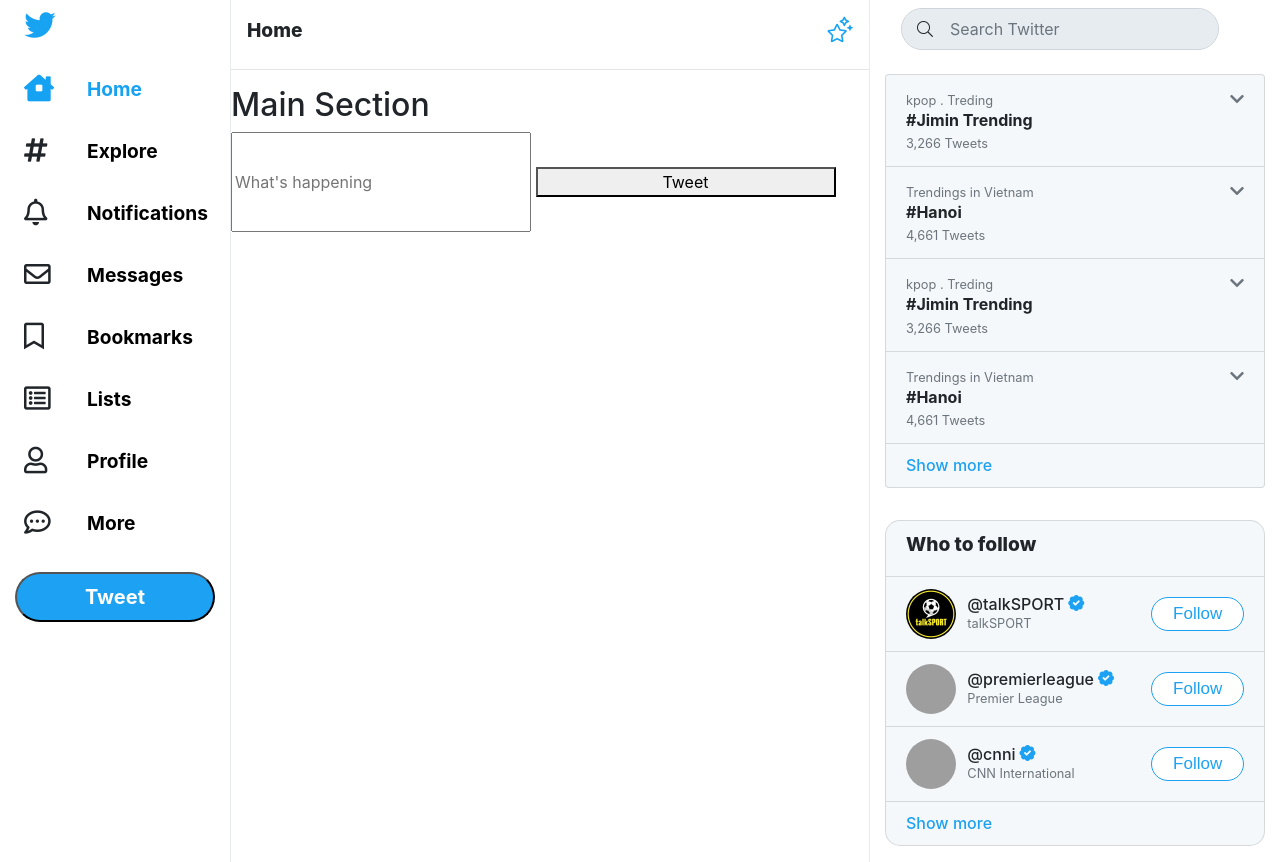
Repository: tts2610/Twitter-clone
Page: index.html
An editor plug-in stored every save of this project. The page is shown before and after a run of saves, followed by the edit.
The browser window is 1280 px wide. The pictures show the whole page.
Pictures or frames that could not be fetched are drawn as grey boxes.

Above is the page before, as saved 2020-05-23 15:42:36.

### index.html
<!DOCTYPE html>
<html lang="en">

<head>
    <meta charset="UTF-8">
    <!-- <meta name="viewport" content="width=device-width, initial-scale=1.0"> -->
    <title>Document</title>
    <link rel="stylesheet" href="css/style.css">
    <!-- Latest compiled and minified CSS -->
    <link rel="stylesheet" href="https://maxcdn.bootstrapcdn.com/bootstrap/4.5.0/css/bootstrap.min.css">

    <!-- jQuery library -->
    <script src="https://ajax.googleapis.com/ajax/libs/jquery/3.5.1/jquery.min.js"></script>

    <!-- Popper JS -->
    <script src="https://cdnjs.cloudflare.com/ajax/libs/popper.js/1.16.0/umd/popper.min.js"></script>

    <!-- Latest compiled JavaScript -->
    <script src="https://maxcdn.bootstrapcdn.com/bootstrap/4.5.0/js/bootstrap.min.js"></script>

    <!-- <link rel="stylesheet" crossorigin="anonymous" href="https://use.fontawesome.com/releases/v5.6.3/css/all.css" integrity="sha384-UHRtZLI+pbxtHCWp1t77Bi1L4ZtiqrqD80Kn4Z8NTSRyMA2Fd33n5dQ8lWUE00s/" /> -->
    <link rel="stylesheet" href="css/all.css">

</head>


<body>
    <div class="container" style="width: 100%;">
        <div class="row">
            <div class="col-3">
                <div class="row">
                    <div class="col"><img src="/img/twt-logo1.png" alt="twitter-logo" width="50" height="50"></div>
                </div>
                <div class="row my-3">
                    <div id="outerMenuContainer" style="color: #16a2f2;">
                        <div class="col-2 mr-4 py-2 px-4" style="font-size: 20px;"><i class="fas fa-house fa-lg"></i></div>
                        <div class="col-10 py-2" style="margin-right: 0px;padding-right: 0px;font-weight: 700;font-size: larger;"> <a href="#Home" style="color: #16a2f2;">Home</a></div>
                    </div>

                </div>
                <div class="row my-3">
                    <div id="outerMenuContainer">
                        <div class="col-2 mr-4 py-2 px-4" style="font-size: 20px;"><i class="fas fa-hashtag fa-lg"></i></div>
                        <div class="col-10" style="margin-right: 0px;padding-right: 0px;font-weight: 700;font-size: larger;"><a href="#services">Explore</a></div>

                    </div>
                </div>
                <div class="row my-3">
                    <div id="outerMenuContainer">
                        <div class="col-2 mr-4 py-2 px-4" style="font-size: 20px;"><i class="far fa-bell fa-lg"></i></div>
                        <div class="col-10" style="margin-right: 0px;padding-right: 0px;font-weight: 700;font-size: larger;"><a href="#clients">Notifications</a></div>

                    </div>
                </div>
                <div class="row my-3">
                    <div id="outerMenuContainer">
                        <div class="col-2 mr-4 py-2 px-4" style="font-size: 20px;"><i class="far fa-envelope fa-lg"></i></div>
                        <div class="col-10" style="margin-right: 0px;padding-right: 0px;font-weight: 700;font-size: larger;"><a href="#contact">Messages</a></div>
                    </div>
                </div>
                <div class="row my-3">
                    <div id="outerMenuContainer">
                        <div class="col-2 mr-4 py-2 px-4" style="font-size: 20px;"><i class="far fa-bookmark fa-lg"></i></div>
                        <div class="col-10" style="margin-right: 0px;padding-right: 0px;font-weight: 700;font-size: larger;"><a href="#clients">Bookmarks</a></div>
                    </div>
                </div>
                <div class="row my-3">
                    <div id="outerMenuContainer">
                        <div class="col-2 mr-4 py-2 px-4" style="font-size: 20px;"><i class="far fa-list-alt fa-lg"></i></div>
                        <div class="col-10" style="margin-right: 0px;padding-right: 0px;font-weight: 700;font-size: larger;"><a href="#contact">Lists</a></div>
                    </div>
                </div>
                <div class="row my-3">
                    <div id="outerMenuContainer">
                        <div class="col-2 mr-4 py-2 px-4" style="font-size: 20px;"><i class="far fa-user fa-lg"></i></div>
                        <div class="col-10" style="margin-right: 0px;padding-right: 0px;font-weight: 700;font-size: larger;"><a href="#clients">Profile</a></div>
                    </div>
                </div>
                <div class="row my-3">
                    <div id="outerMenuContainer">
                        <div class="col-2 mr-4 py-2 px-4" style="font-size: 20px;"><i class="far fa-comment-dots fa-lg"></i></div>
                        <div class="col-10" style="margin-right: 0px;padding-right: 0px;font-weight: 700;font-size: larger;"><a href="#contact">More</a></div>
                    </div>
                </div>
                <div class="row my-3">
                    <div class="col"><button class="tweetbtn" href="#">Tweet</button></div>
                </div>
            </div>

            <div class="col-6" style="border-right: #e6ecf0 solid 1px; border-left: #e6ecf0 solid 1px; padding-left: 0px; padding-right: 0px;">
                <nav class="navbar sticky-top navbar-light my-2" id="leftNav">
                    <span>Home</span>
                    <span style="color: #16a2f2;"><i class="fal fa-stars fa-lg"></i></span>
                </nav>
                <hr/>
                <div>
                    <h2>Main Section</h2>
                    <input type="text" id="tweetArea" placeholder="What's happening">
                    <button id="tweetBtn" onclick="post()">Tweet</button>
                    <span id="remain"></span>
                    <div id="content" class="mt-5">
                    </div>



                </div>
            </div>

            <div class="col-3">
                <nav class="navbar sticky-top navbar-light" id="rightNav">
                    <span style="position: absolute;z-index: 100;"><i class="fal fa-search ml-3"></i></span>
                    <div><input class="form-control mr-sm-2 pl-5" type="search" placeholder="Search Twitter" aria-label="Search" id="search"></div>
                </nav>
                <div id="trendings" class="py-3">
                    <ul class="list-group mb-3">
                        <!-- <li class="list-group-item d-flex justify-content-between lh-condensed header" style="border-radius: 15px 15px 0px 0px;" id="trendingHeader">
                            <div>
                                <div class="trends-header">Trends for you</div>
                            </div>
                            <span class="text-muted"><i class="fal fa-cog" style="COLOR: rgba(29,161,242,1.00); font-size: larger;"></i></span>
                        </li> -->
                        <li class="list-group-item d-flex justify-content-between lh-condensed content" id="trending1">
                            <div>
                                <small class="text-muted">Trendings in Vietnam</small>
                                <h6 class="my-0 hashtag">#Hanoi</h6>
                                <small class="text-muted">4,661 Tweets</small>
                            </div>
                            <span class="text-muted"><i class="fas fa-chevron-down"></i></span>
                        </li>
                        <li class="list-group-item d-flex justify-content-between lh-condensed content" id="trending2">
                            <div>
                                <small class="text-muted">kpop . Treding</small>
                                <h6 class="my-0 hashtag">#Jimin Trending</h6>
                                <small class="text-muted">3,266 Tweets</small>
                            </div>
                            <span class="text-muted"><i class="fas fa-chevron-down"></i></span>
                        </li>
                        <li class="list-group-item d-flex justify-content-between lh-condensed content" id="trending3">
                            <div>
                                <small class="text-muted">Trendings in Vietnam</small>
                                <h6 class="my-0 hashtag">#Hanoi</h6>
                                <small class="text-muted">4,661 Tweets</small>
                            </div>
                            <span class="text-muted"><i class="fas fa-chevron-down"></i></span>
                        </li>
                        <li class="list-group-item d-flex justify-content-between lh-condensed content" id="trending4">
                            <div>
                                <small class="text-muted">kpop . Treding</small>
                                <h6 class="my-0 hashtag">#Jimin Trending</h6>
                                <small class="text-muted">3,266 Tweets</small>
                            </div>
                            <span class="text-muted"><i class="fas fa-chevron-down"></i></span>
                        </li>
                        <li class="list-group-item d-flex justify-content-between lh-condensed content" style="border-radius: 0px 0px 15px 15px">
                            <div>
                                <h6 class="my-0"><a href="#" style="COLOR: rgba(29,161,242,1.00); text-decoration: none;">Show more</a></h6>
                            </div>
                        </li>
                    </ul>
                </div>

                <div id="whoToFollow" class="">
                    <ul class="list-group mb-3">
                        <li class="list-group-item d-flex justify-content-between lh-condensed" style="border-radius: 15px 15px 0px 0px;">
                            <div>
                                <h5 class="whoToFollow-header">Who to follow</h5>
                            </div>
                        </li>
                        <li class="list-group-item content">
                            <div class="row">
                                <div class="col-2">
                                    <img src="img/profileImages/talkSport.jpg" id="moreToFollowImg" alt="Avatar">
                                </div>
                                <div class="col-6">
                                    <div style="display: flex;">
                                        <h6 class="my-0 hashtag">@talkSPORT</h6>
                                        <i class="ml-1 fas fa-badge-check"></i>
                                    </div>

                                    <small class="text-muted">talkSPORT</small>

                                </div>
                                <div class="col-4">
                                    <a href="#" class="followBtn">Follow</a>
                                </div>
                            </div>
                        </li>
                        <li class="list-group-item content">
                            <div class="row">
                                <div class="col-2">
                                    <img src="https://d3pc1xvrcw35tl.cloudfront.net/ln/feedImages/643x481/bwpUoL-J_400x400_ckOpi7f_4RVQqqi_ZPjpFJN_cnPYP1e_202004.jpg" id="moreToFollowImg" alt="Avatar">
                                </div>
                                <div class="col-6">
                                    <div style="display: flex;">
                                        <h6 class="my-0 hashtag">@premierleague</h6>
                                        <i class="ml-1 fas fa-badge-check"></i>
                                    </div>

                                    <small class="text-muted">Premier League</small>

                                </div>
                                <div class="col-4">
                                    <a href="#" class="followBtn">Follow</a>
                                </div>
                            </div>
                        </li>
                        <li class="list-group-item content">
                            <div class="row">
                                <div class="col-2">
                                    <img src="https://upload.wikimedia.org/wikipedia/commons/thumb/6/66/CNN_International_logo.svg/1200px-CNN_International_logo.svg.png" id="moreToFollowImg" alt="Avatar">
                                </div>
                                <div class="col-6">
                                    <div style="display: flex;">
                                        <h6 class="my-0 hashtag">@cnni</h6>
                                        <i class="ml-1 fas fa-badge-check"></i>
                                    </div>

                                    <small class="text-muted">CNN International</small>

                                </div>
                                <div class="col-4">
                                    <a href="#" class="followBtn">Follow</a>
                                </div>
                            </div>
                        </li>
                        <li class="list-group-item d-flex justify-content-between lh-condensed content" style="border-radius: 0px 0px 15px 15px">
                            <div>
                                <h6 class="my-0"><a href="#" style="COLOR: rgba(29,161,242,1.00); text-decoration: none;">Show more</a></h6>
                            </div>
                        </li>
                    </ul>
                </div>
            </div>
        </div>

        <!-- <nav class="navbar sticky-top navbar-expand-lg navbar-light bg-light">
                <a class="navbar-brand" href="#">Navbar</a>
                <button class="navbar-toggler" type="button" data-toggle="collapse" data-target="#navbarSupportedContent" aria-controls="navbarSupportedContent" aria-expanded="false" aria-label="Toggle navigation">
                  <span class="navbar-toggler-icon"></span>
                </button>

                <div class="collapse navbar-collapse" id="navbarSupportedContent">
                    <ul class="navbar-nav mr-auto">
                    </ul>
                    <form class="form-inline my-2 my-lg-0">
                        <input class="form-control mr-sm-2" type="search" placeholder="Search" aria-label="Search">
                        <button class="btn btn-outline-success my-2 my-sm-0" type="submit">Search</button>
                    </form>
                </div>
            </nav> -->
        <!-- <div class="column2">

        </div>

        <div class="column3">

        </div> -->


        <!-- END COL-3 -->
    </div>

    <script src="js/script.js"></script>
    <script src="js/moment.js"></script>
</body>

</html>

### css/style.css
* {
    box-sizing: border-box;
}

body {
    font-family: “Helvetica Neue”, Helvetica, Arial, sans-serif;
}


/* body .container {
    max-width: 80%;
    padding-left: 0px;
    padding-right: 0px;
} */


/* .container {
    width: 60%;
} */

@media (min-width: 1000px) {
    body .container {
        max-width: 100%;
    }
}

@media (min-width: 1200px) {
    body .container {
        max-width: 100%;
    }
}


/* extra large devices */

@media screen and (min-width: 1800px) {
    body .container {
        max-width: 70%;
    }
}

.container .row .col-3 {
    max-width: 230px;
}

#leftNav {
    display: flex;
    justify-content: space-between;
    font-size: larger;
    font-weight: 800;
    background-color: white;
}

#rightNav {
    width: 100%;
    background-color: white;
}

#rightNav .input-group-prepend {
    background-color: white !important;
    color: white !important;
}

#search {
    border-radius: 30px;
    height: 10px;
    padding: 20px;
    position: relative;
    width: 318px;
    background-color: #e6ecf0;
}

.sidenav {
    height: 100%;
    position: fixed;
    z-index: 1;
    top: 0;
    left: 0;
    background-color: rgb(255, 255, 255);
    overflow-x: hidden;
    padding-top: 20px;
    border-right: 1px solid lightgrey;
}

.sidenav a {
    text-decoration: none;
    font-size: 25px;
    color: #000000;
    display: block;
    font-family: system-ui, -apple-system, BlinkMacSystemFont, "Segoe UI", Roboto, Ubuntu, "Helvetica Neue", sans-serif;
    ;
    margin: 5px;
    margin-bottom: 10px;
}

.sidenav a:hover {
    color: #16afdd;
}

.main {
    margin-left: 160px;
    /* Same as the width of the sidenav /
    font-size: 28px; / Increased text to enable scrolling */
    padding: 0px 10px;
}

@media screen and (max-height: 450px) {
    .sidenav {
        padding-top: 15px;
    }
    .sidenav a {
        font-size: 18px;
    }
}

.tweetbtn {
    height: 50px;
    width: 200px;
    border-radius: 40px;
    background-color: rgb(29, 161, 242);
    color: white;
    font-weight: bolder;
    font-size: 20px;
    cursor: pointer;
    margin-left: 0px;
    margin-top: 10px;
}

.tweetbtn:hover {
    background-color: rgba(26, 145, 218);
}

.home {
    display: flex;
}

.explore {
    display: flex;
}

.notifications {
    display: flex;
}

.messages {
    display: flex;
}

.bookmarks {
    display: flex;
}

.lists {
    display: flex;
}

.profile {
    display: flex;
}

.more {
    display: flex;
}


/* Clear floats after the columns */

.row:after {
    content: "";
    display: table;
    clear: both;
}

tr {
    text-align: center;
}

#tweetArea {
    width: 300px;
    height: 100px
}

#tweetBtn {
    margin-top: 10px;
    width: 300px;
}

#trendings {
    min-width: 380px;
}

#trendings .list-group-item {
    background-color: #f5f8fa;
}

#trendings .content {
    cursor: pointer;
}

#trendings .trends-header {
    font-weight: 800;
    font-size: larger;
}

#trendings .content:hover {
    filter: brightness(97%)
}

#trendings ul li .hashtag {
    font-weight: 700;
}

#moreToFollowImg {
    border-radius: 50%;
    width: 50px;
    height: 50px;
}

.fa-badge-check {
    color: rgba(29, 161, 242, 1.00);
}

.followBtn {
    -webkit-border-radius: 20px;
    -moz-border-radius: 20px;
    border-radius: 25px;
    color: #1DA1F2;
    font-family: Arial;
    font-size: 17px;
    font-weight: 200;
    padding: 3px;
    background-color: #FFFFFF;
    border: solid #1DA1F2 1px;
    text-decoration: none;
    /* display: inline-block; */
    cursor: pointer;
    text-align: center;
}

.followBtn:hover {
    color: #1DA1F2;
    background: #CFE7F6;
    border-radius: 25px;
    text-decoration: none;
    opacity: 0.7;
}

#whoToFollow {
    min-width: 380px;
}

#whoToFollow .list-group-item {
    background-color: #f5f8fa;
}

#whoToFollow .content {
    cursor: pointer;
}

#whoToFollow .content:hover {
    filter: brightness(97%)
}

#whoToFollow .row .col-6 {
    display: flex;
    flex-direction: column;
    justify-content: center;
}

#whoToFollow .row .col-6 .hashtag {
    text-overflow: ellipsis;
    white-space: nowrap;
    overflow: hidden;
}

#whoToFollow .row .col-4 {
    display: flex;
    flex-direction: column;
    justify-content: center;
}

#whoToFollow .whoToFollow-header {
    font-weight: 800;
    font-size: larger;
}

h6 {
    font-weight: 700;
}

#content .functionBar {
    display: flex;
    justify-content: space-between;
}

#content .row {
    padding: 30px;
    border: 1px solid lightgrey;
}

#content .row div {
    margin-top: 4px;
}

#outerMenuContainer {
    display: flex;
    flex-direction: row;
    align-items: center;
    width: max-content;
}

#outerMenuContainer:hover {
    color: #1DA1F2 !important;
    background: #CFE7F6;
    border-radius: 25px;
    text-decoration: none;
    opacity: 0.7;
    /* padding: 5px 0px 5px 3px;
    width: max-content; */
}

#outerMenuContainer:hover a {
    color: #1DA1F2 !important;
}

#outerMenuContainer a {
    text-decoration: none;
    color: black;
}

Loaded but not shown: css/all.css (library); js/moment.js (library); js/script.js (178 lines, source omitted)

After the next 2 saves:
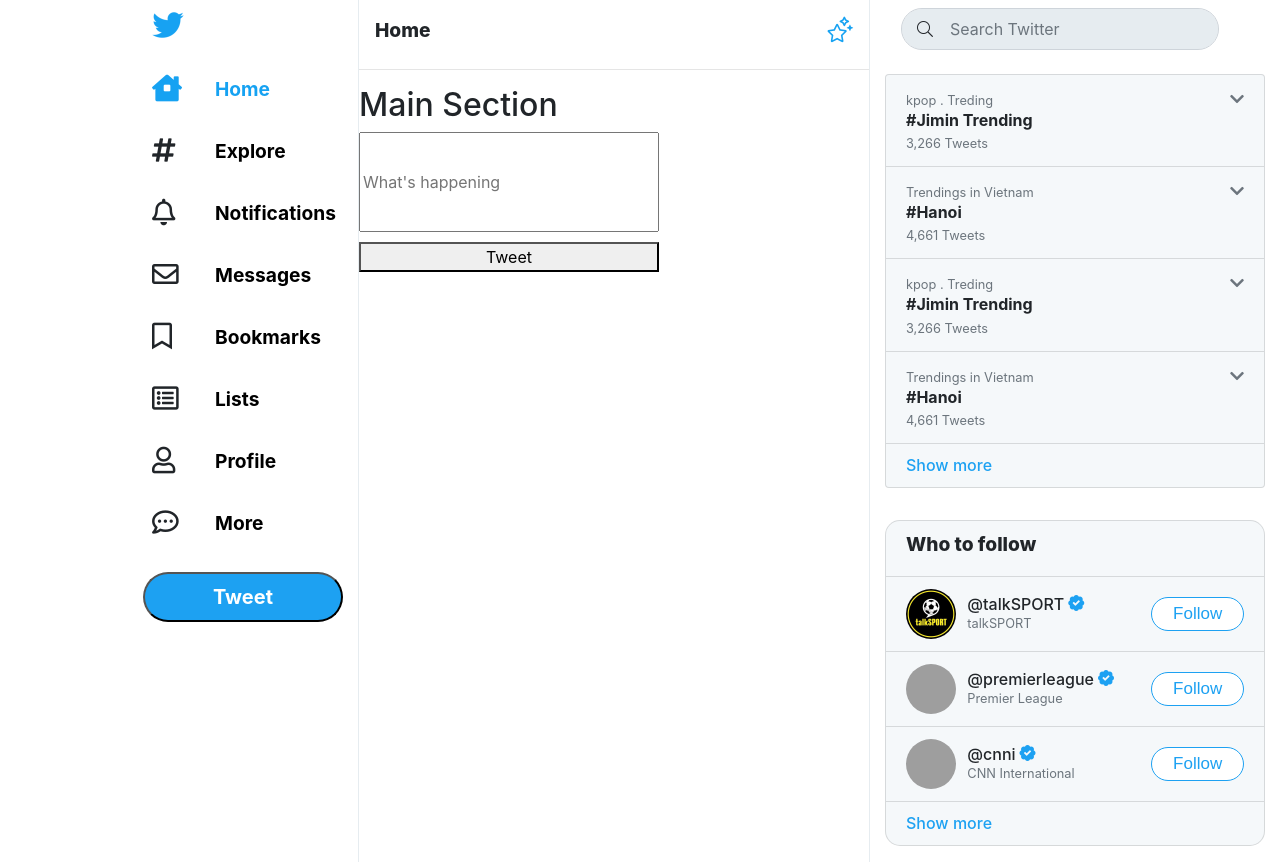
The 2 saves are shown as one change because they came seconds apart.
The last was saved 12 s later.
--- a/css/style.css
+++ b/css/style.css
@@ -26,7 +26,7 @@
 
 @media (min-width: 1200px) {
     body .container {
-        max-width: 100%;
+        max-width: 80%;
     }
 }
 

After the save that followed:
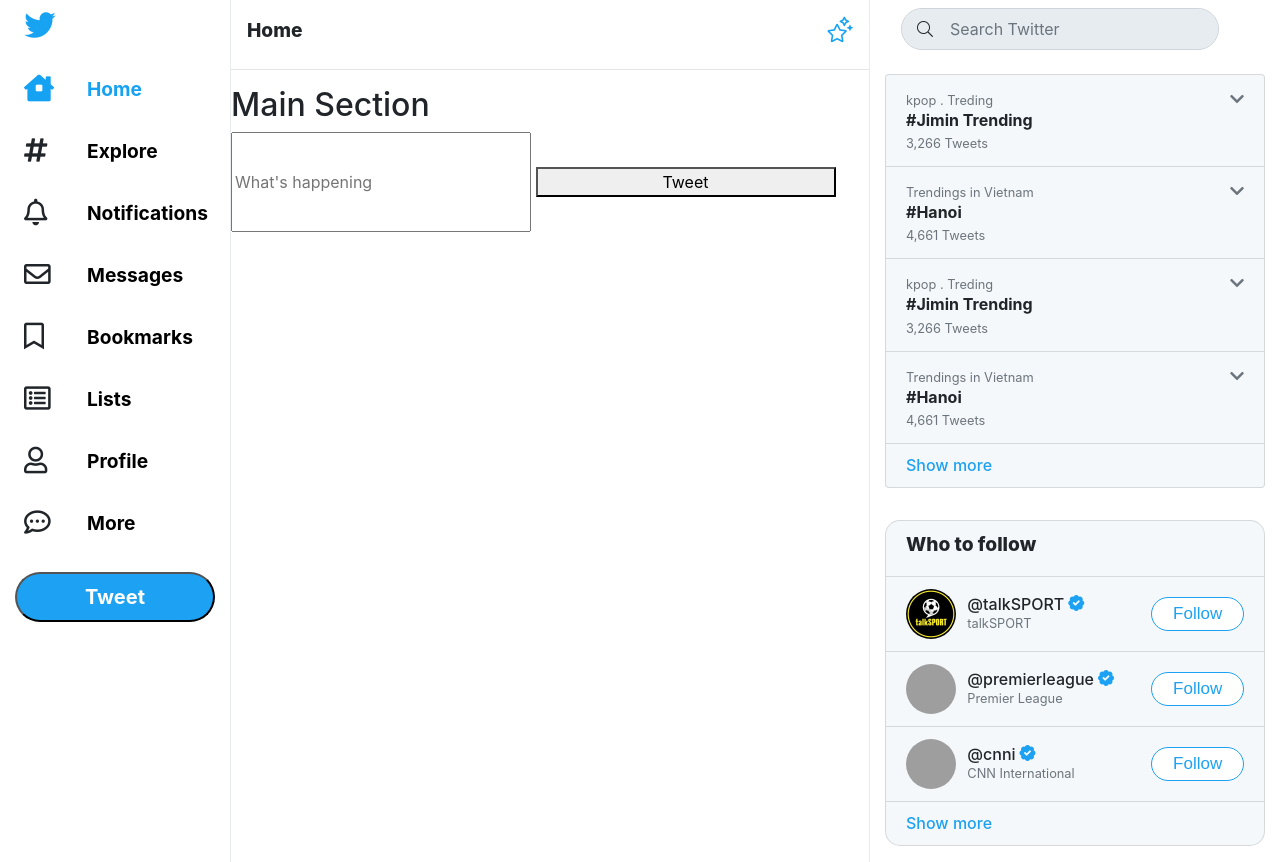
Saved 8 s later.
--- a/css/style.css
+++ b/css/style.css
@@ -18,15 +18,9 @@
     width: 60%;
 } */
 
-@media (min-width: 1000px) {
+@media (min-width: 1200px) {
     body .container {
         max-width: 100%;
-    }
-}
-
-@media (min-width: 1200px) {
-    body .container {
-        max-width: 80%;
     }
 }
 
